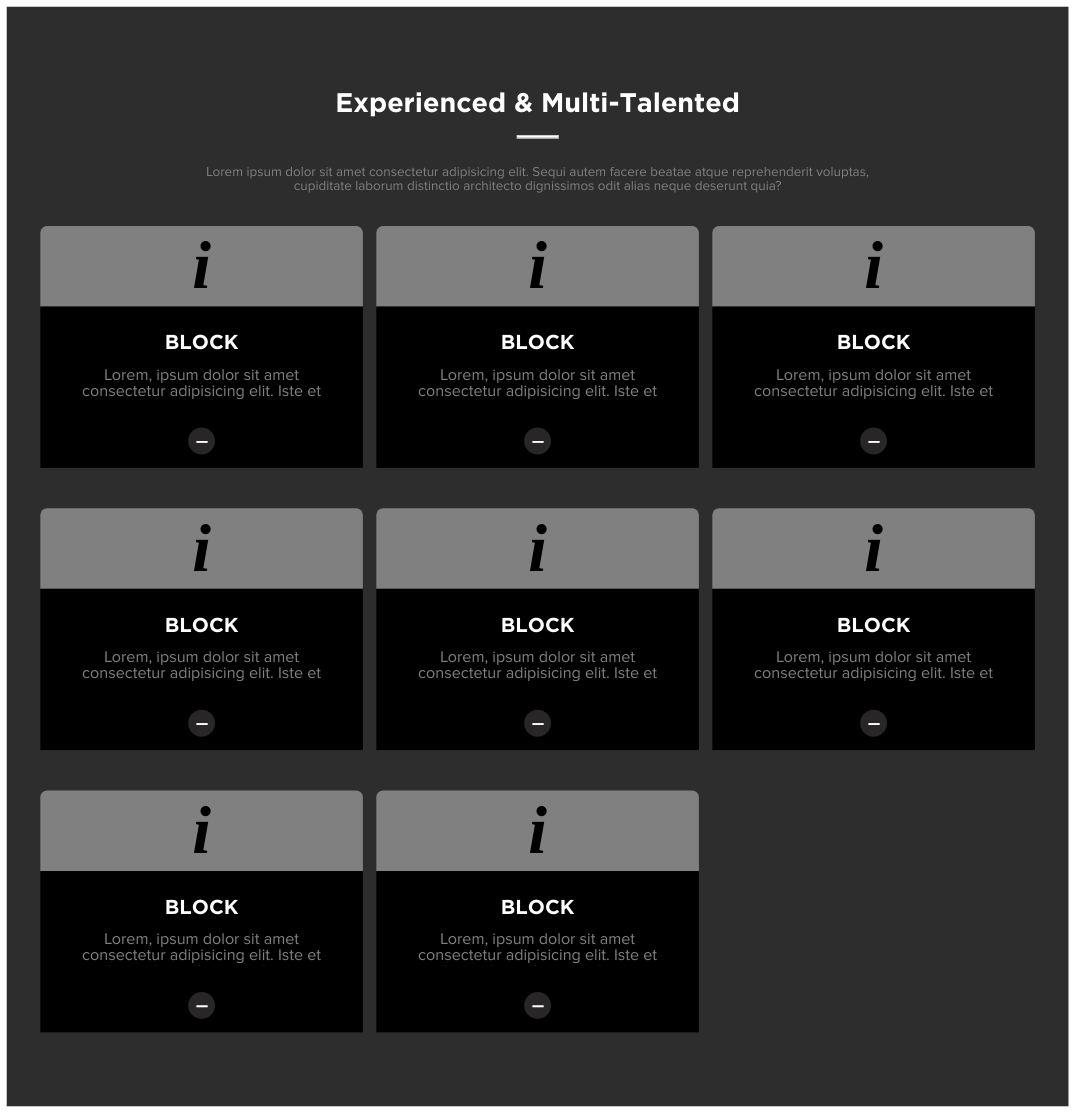
Repository: MohmdMHR/limesharp-test
Page: /
An editor plug-in stored every save of this project. The page is shown before and after the next save, followed by the edit.
The browser window is 1280 px wide. The pictures show the whole page, at 84% of full size.
The project was rebuilt for these pictures with package versions that can differ from the ones it lists, and the page was loaded fresh each time. Also part of the build but not shown: vue.config.js.

Above is the page before, as saved 2022-07-20 19:10:19.

After the next save:
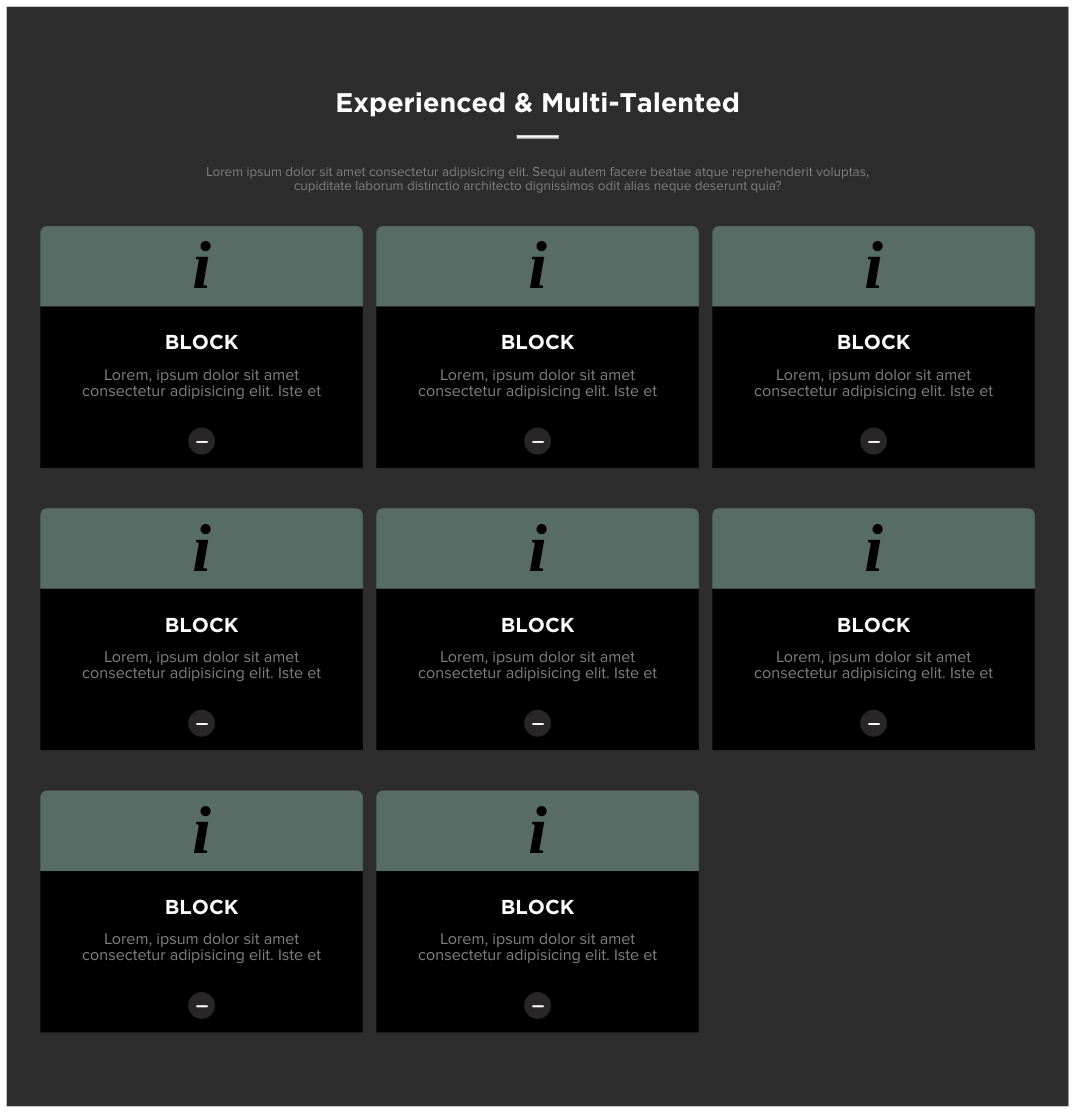
Saved 54 s later.
--- a/src/components/card.vue
+++ b/src/components/card.vue
@@ -50,7 +50,7 @@ export default {
 }
 .card-banner-img {
   overflow: hidden;
-  background-color: gray;
+  background-color: #576c64;
   justify-content: center;
   display: flex;
   align-items: center;
